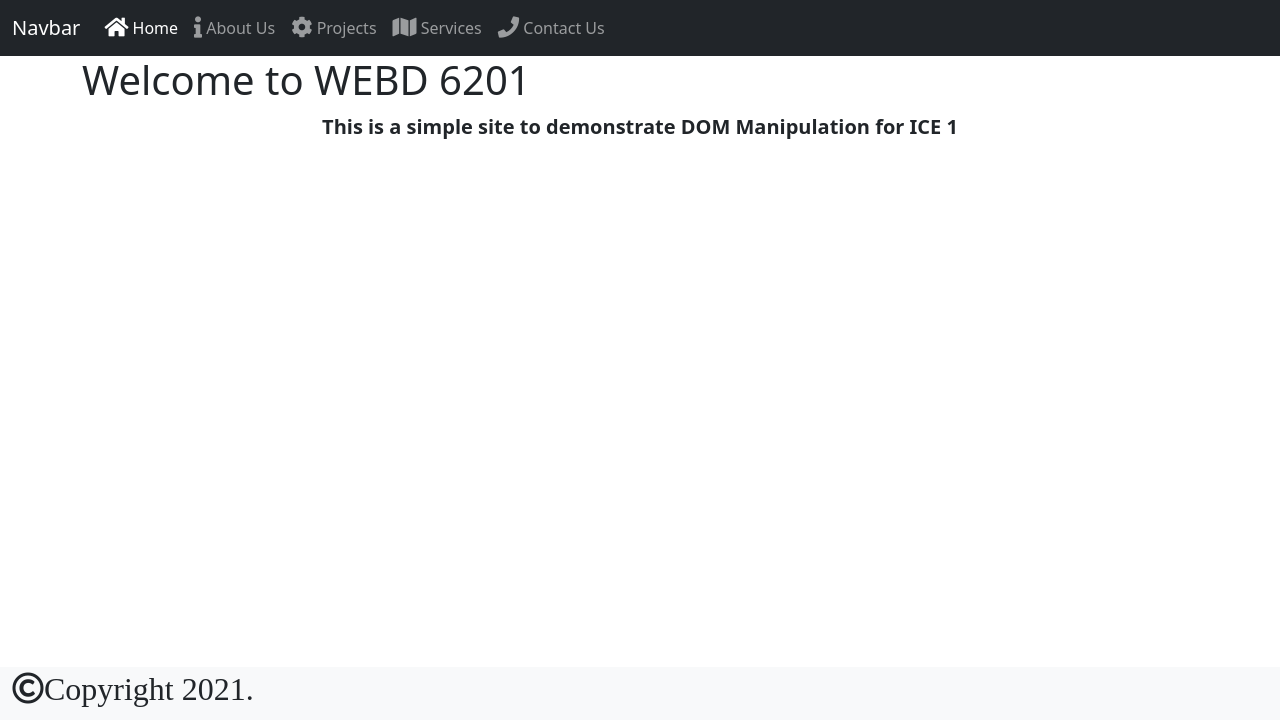
Repository: vans12345678/WEBD6201-W2021-Week3
Page: index.html
These files come from the project's save history. The page is drawn as it stood at one moment and after the next save; the edit follows.
The browser window is 1280 px wide. The pictures show the whole page.

Above is the page before, as saved 2021-01-20 21:26:18.

After the next save:
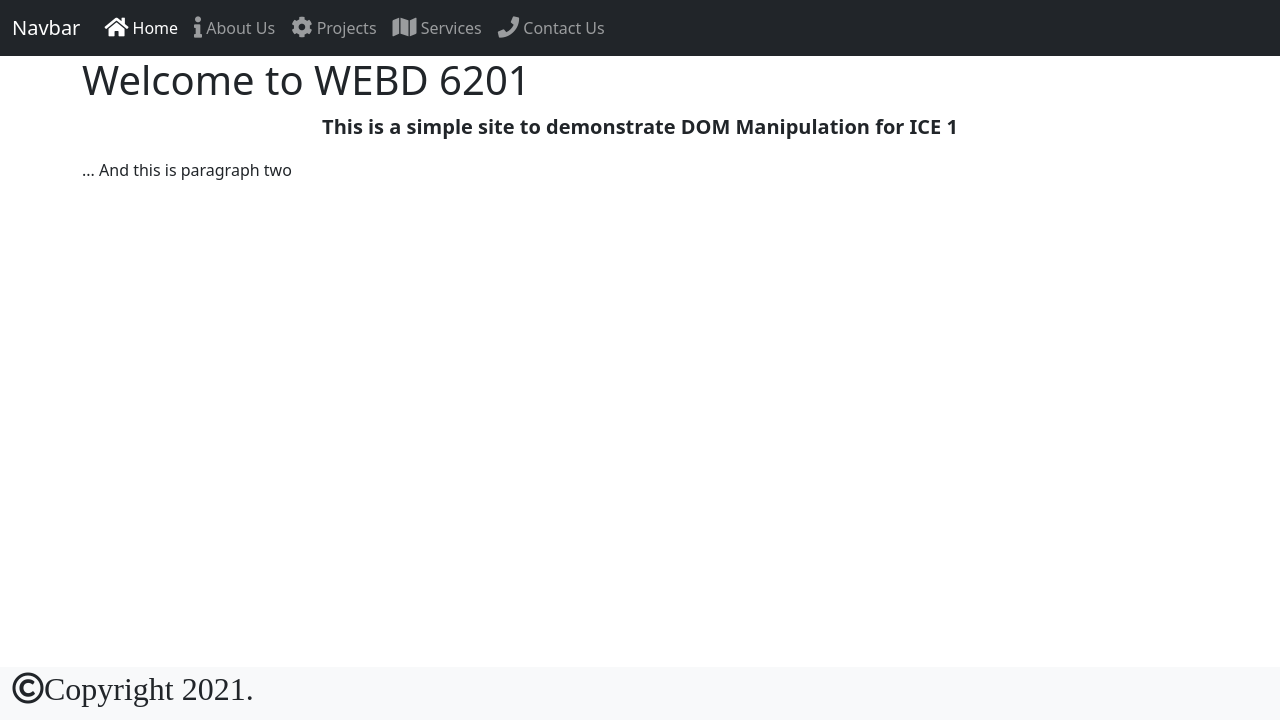
Saved 52 s later.
--- a/Scripts/app.js
+++ b/Scripts/app.js
@@ -24,8 +24,10 @@
         //Step 2. Configure the element
         newParagraph.setAttribute("id", "paragraphTwo");
         newParagraph.textContent = "... And this is paragraph two";
-        //Step 3. Add / Insert the element
-        let maiNContent = document.getElementsByTagName("main")[0];
+        //Step 3. Select parent element
+        let mainContent = document.getElementsByTagName("main")[0];
+        //Step 4. Add / Insert the element
+        mainContent.appendChild(newParagraph);
 
         console.log(paragraphOneElement);
 
